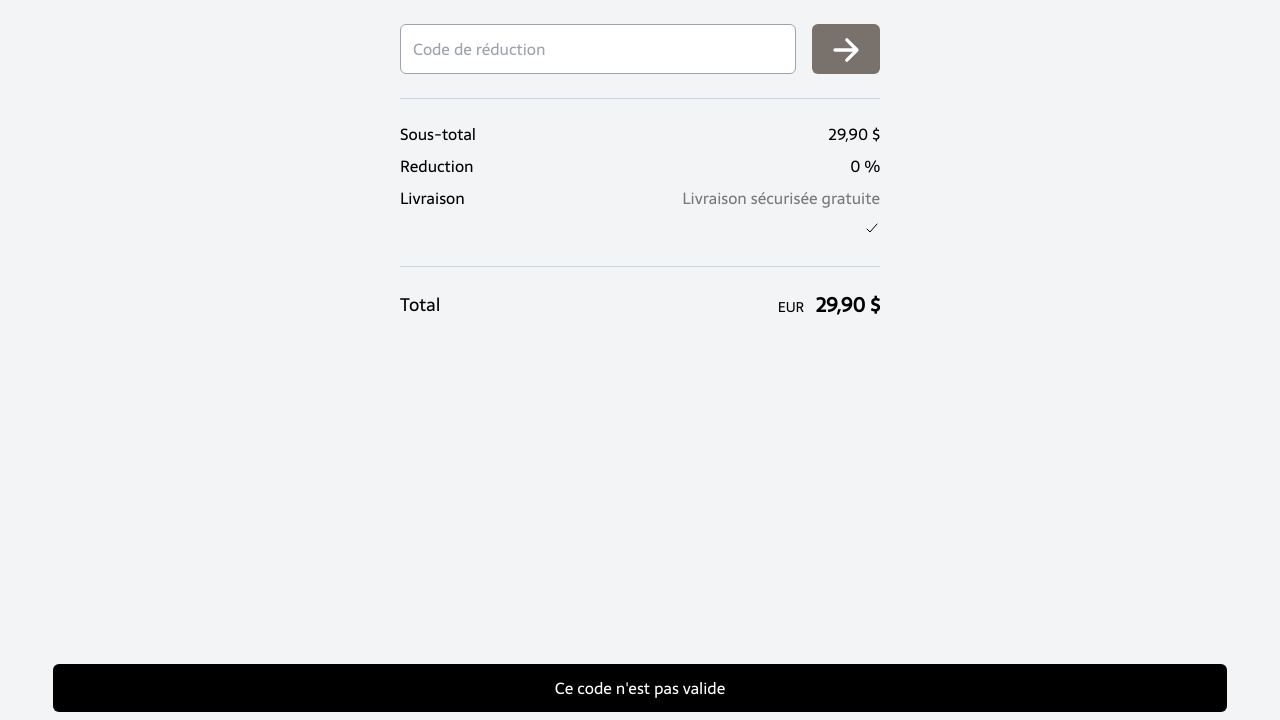
Repository: darlino/gotyu_shopify_section
Page: reduction_input210223/index.html
An editor plug-in stored every save of this project. The page is shown before and after the next save, followed by the edit.
The browser window is 1280 px wide. The pictures show the whole page.
Some web libraries are served in a nearby version.

Above is the page before, as saved 2023-02-21 22:59:38.

After the next save:
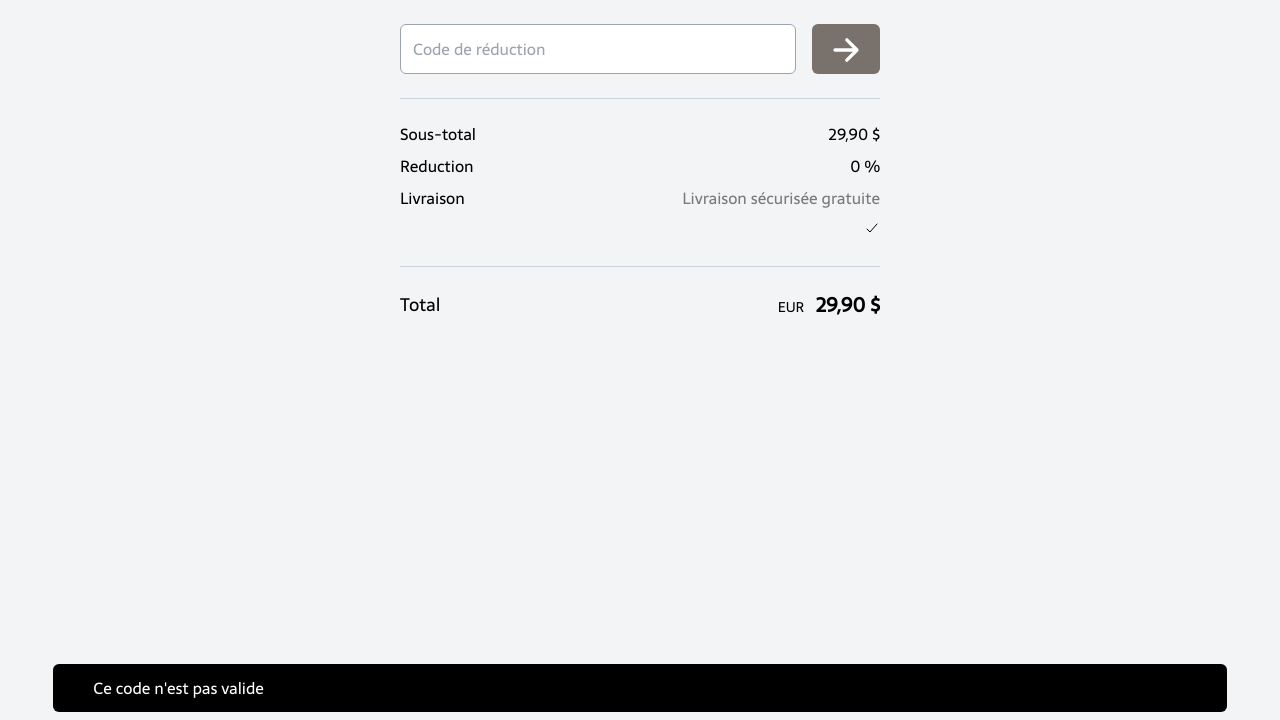
Saved 106 s later.
--- a/reduction_input210223/index.html
+++ b/reduction_input210223/index.html
@@ -80,7 +80,7 @@
           </div>
           <div
             id="error-message"
-            class="absolute bottom-2 left-1 right-1 rounded-md mx-auto px-10 p-3 bg-black text-center w-11/12 text-white"
+            class="flex absolute bottom-2 left-1 right-1 rounded-md mx-auto px-10 p-3 bg-black text-center w-11/12 text-white"
           >
             Ce code n'est pas valide
           </div>
@@ -108,11 +108,14 @@
       ];
       function checkCoupon() {
         let inputValue = document.getElementById("reduction").value;
+        let error_message = document.getElementById("error-message")
         console.log("Input value is", inputValue);
         const promo = promoCoupons.filter(
           (coupon) => coupon.name === inputValue
         );
-        console.log(promo);
+        if( promo.length === 0 ){
+
+        }
       }
     </script>
   </body>

After the save that followed:
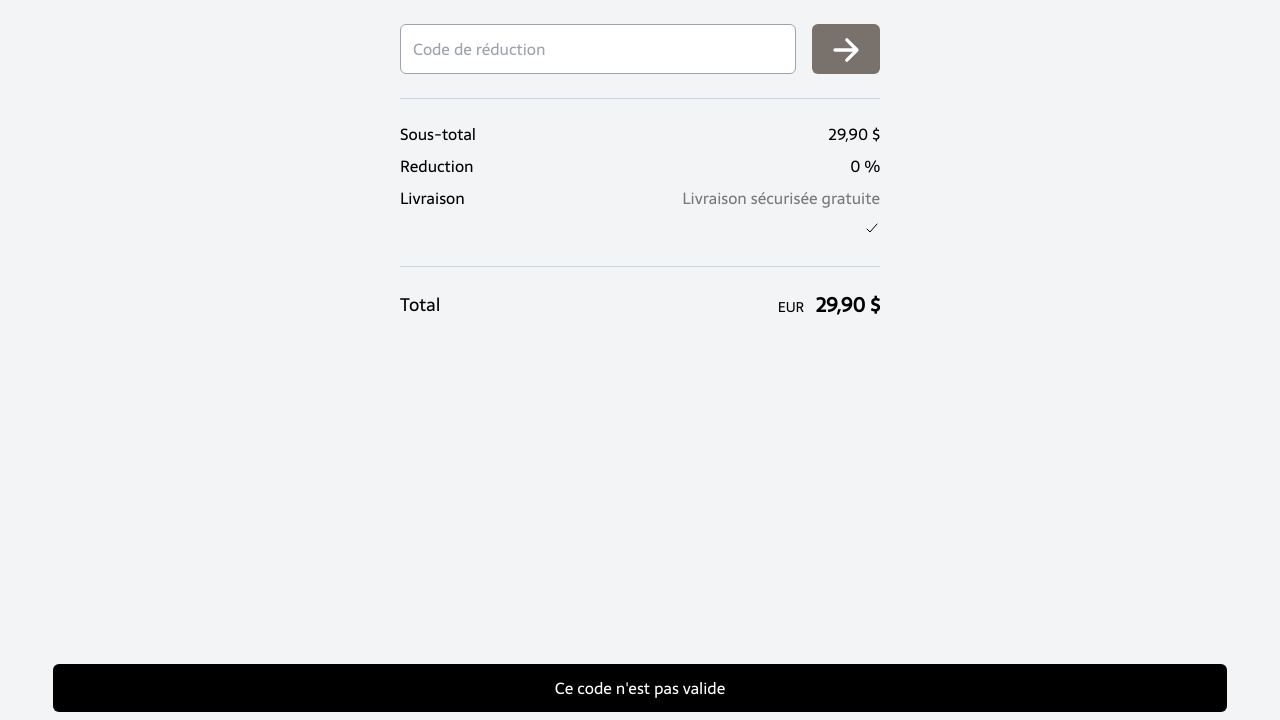
Saved 10 s later.
--- a/reduction_input210223/index.html
+++ b/reduction_input210223/index.html
@@ -80,7 +80,7 @@
           </div>
           <div
             id="error-message"
-            class="flex absolute bottom-2 left-1 right-1 rounded-md mx-auto px-10 p-3 bg-black text-center w-11/12 text-white"
+            class="absolute bottom-2 left-1 right-1 rounded-md mx-auto px-10 p-3 bg-black text-center w-11/12 text-white"
           >
             Ce code n'est pas valide
           </div>
